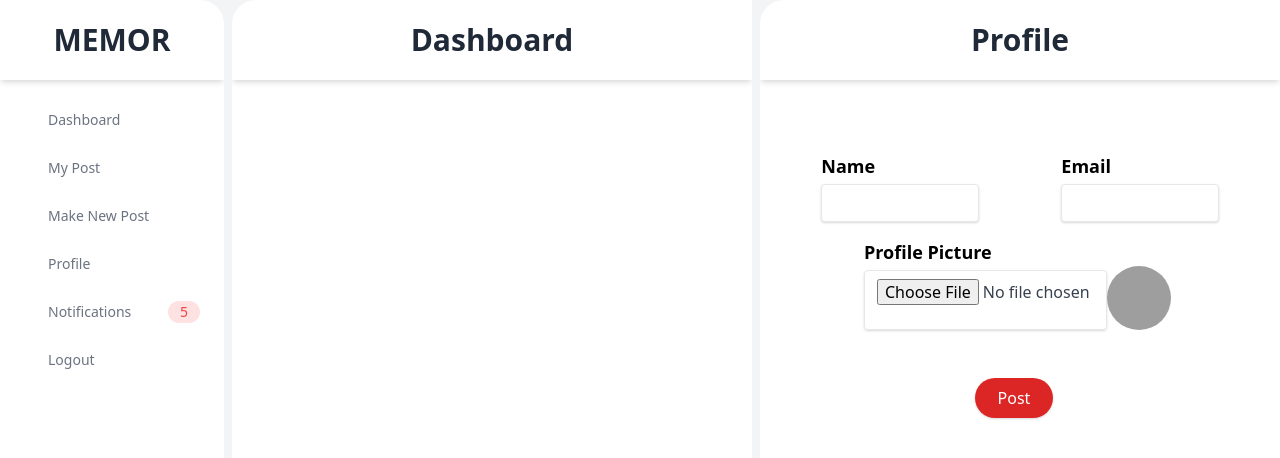
Repository: coolronts/Memor
Page: /dashboard (app in client/)
These files come from the project's save history. The page is drawn as it stood at one moment and after the next save; the edit follows.
The browser window is 1280 px wide. The pictures show the whole page.
Pictures or frames that could not be fetched are drawn as grey boxes. The page's requests for data from a server got no answer. The project was rebuilt for these pictures with package versions that can differ from the ones it lists, and the page was loaded fresh each time. No one was signed in, and anything a server would have sent is missing. Also part of the build but not shown: client/vite.config.js, client/vue.config.js, client/src/components/Navbar.vue, client/src/components/Menu.vue, client/src/components/Header.vue, client/src/components/Card.vue, client/src/views/Home.vue, client/src/serverService/authService.js and 6 more.

Above is the page before, as saved 2021-06-27 01:39:11.

After the next save:
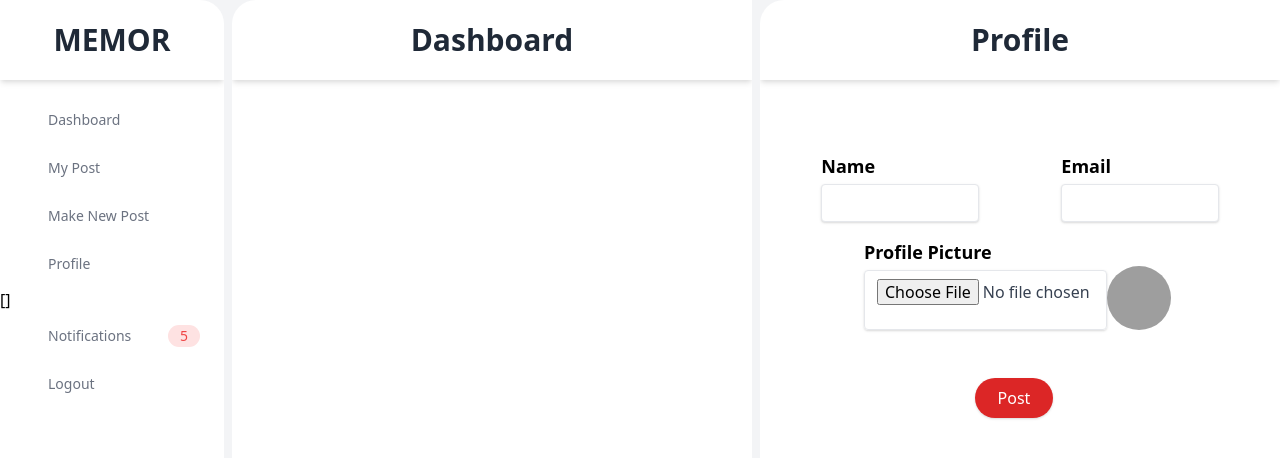
Saved 19 s later.
--- a/client/src/components/Sidebar.vue
+++ b/client/src/components/Sidebar.vue
@@ -29,6 +29,7 @@
           <span class="text-sm font-medium">Profile</span>
         </a>
       </li>
+      {{notificationNumber}}
       <li @click="switchDashboard(4)">
         <a href="#" class="flex flex-row items-center h-12 transform hover:translate-x-2 transition-transform ease-in duration-200 text-gray-500 hover:text-gray-800">
           <span class="inline-flex items-center justify-center h-12 w-12 text-lg text-gray-400"><i class="bx bx-bell"></i></span>

After the save that followed:
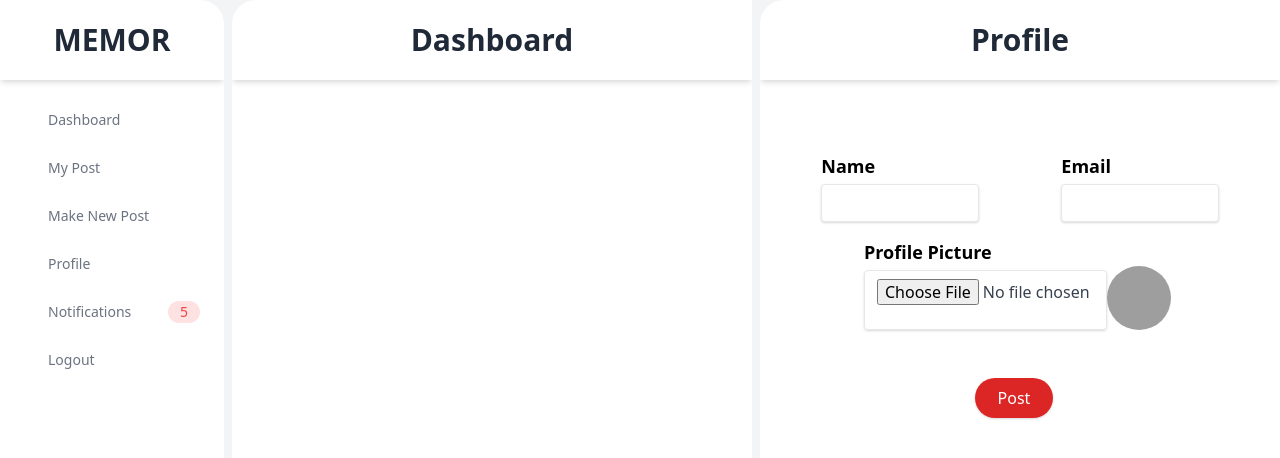
Saved 23 s later.
--- a/client/src/components/Sidebar.vue
+++ b/client/src/components/Sidebar.vue
@@ -57,7 +57,7 @@
     name:'Sidebar',
     data(){
       return{
-        notificationNumber:[]
+        notificationNumber:''
       }
     },
     methods:{
